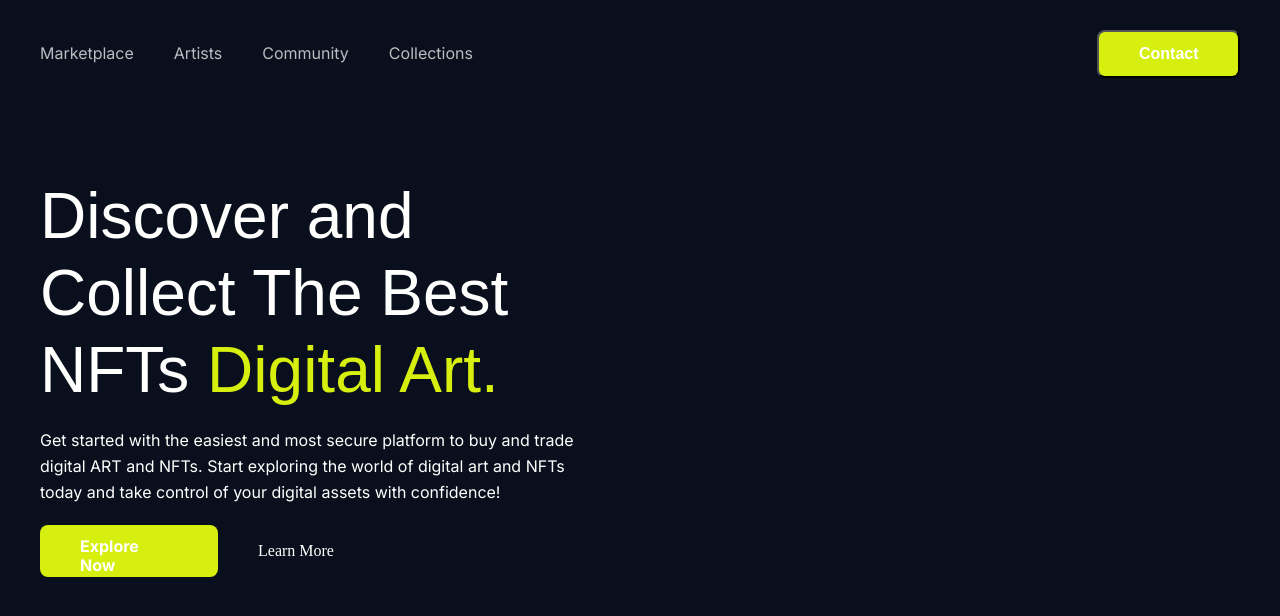
Repository: Kamron5505/NftMarketplace
Page: index.html
The author's editor kept a copy of each file at every save. The page is drawn from the files as they stood at one save, then again after the next save.
The browser window is 1280 px wide. The pictures show the whole page.
Some web fonts or font styles are not loaded; a fallback is used.

Above is the page before, as saved 2025-07-08 13:07:53.

### index.html
<!DOCTYPE html>
<html lang="en">

<head>
    <meta charset="UTF-8">
    <meta name="viewport" content="width=device-width, initial-scale=1.0">
    <title>NFTMarketplace Landing</title>
    <link rel="stylesheet" href="./style.css">
    <link
        href="https://fonts.googleapis.com/css2?family=Inter:wght@400;600;700&family=Source+Sans+Pro:wght@400;600;700&display=swap"
        rel="stylesheet">
</head>

<body>
    <header class="header">
        <div class="container">
            <nav class="nav">
                <ul class="nav-list">
                    <li class="nav-item"><a href="#" class="nav-link">Marketplace</a></li>
                    <li class="nav-item"><a href="#" class="nav-link">Artists</a></li>
                    <li class="nav-item"><a href="#" class="nav-link">Community</a></li>
                    <li class="nav-item"><a href="#" class="nav-link">Collections</a></li>
                </ul>
                <button class="header-contact-btn">Contact</button>
            </nav>
        </div>
    </header>
    <main class="main">
        <section class="nft-section">
            <div class="container">
                <div class="nft-wrapper">
                    <div class="content-left">
                        <h1 class="title">
                            Discover and <br>
                            Collect The Best <br>
                            NFTs <span class="highlight"> Digital Art.</span>
                        </h1>

                        <p class="description">
                            Get started with the easiest and most secure platform to buy and trade digital ART and NFTs.
                            Start exploring the world of digital art and NFTs today and take control of your digital
                            assets with confidence!
                        </p>

                        <div class="buttons">
                            <a href="#" class="btn btn-primary">Explore Now</a>
                            <a href="#" class="btn btn-secondary">Learn More</a>
                        </div>

                        <!-- <div class="stats">
                            <div class="stat">
                                <div class="number">8.9K</div>
                                <div class="label">Art work</div>
                            </div>
                            <div class="stat">
                                <div class="number">65K</div>
                                <div class="label">Artist</div>
                            </div>
                            <div class="stat">
                                <div class="number">87K</div>
                                <div class="label">Collection</div>
                            </div>
                        </div>
                    </div> -->
                    <!-- <div class="content-right">
                        <div class="card">
                            <img src="nft-image.jpg" alt="NFT Image" class="card-image">
                            <div class="card-info">
                                <div class="card-timer">
                                    <span>Ends in</span>
                                    <span class="time">05:45:47</span>
                                </div>
                                <div class="card-bid">
                                    <span>Current bid</span>
                                    <span class="eth">0.24 ETH</span>
                                </div>
                                <a href="#" class="btn btn-bid">Place A Bid</a>
                            </div>
                        </div>
                    </div> -->
                </div>
            </div>
        </section>
    </main>
</body>

</html>

### style.css
@font-face {
    font-family: 'Canela';
    src: url('../fonts/Canela-Bold.woff2') format('woff2');
    font-weight: bold;
    font-style: normal;
}

* {
    margin: 0;
    padding: 0;
    text-decoration: none;
    list-style: none;
    box-sizing: border-box;
}

body {
    background: #090f1d;
    color: #fffffd;
}

:root {
    --font-family: "Inter", sans-serif;
    ---family: "Source Sans Pro", sans-serif;
    --font-family: "Canela", sans-serif;
}

h1,
h2,
h3,
h4,
h5,
h6 {
    font-family: "Canela", sans-serif;
    font-weight: bold;
    font-weight: 500;
    font-size: 64px;
    line-height: 120%;
    color: #fffffd;
}

:root {
    --font-family: "Inter", sans-serif;
    --second-family: "Source Sans Pro", sans-serif;
    --third-family: "Canela", sans-serif;
}

.highlight {
    color: #d6ef0e;
}

.header {
    margin-top: 30px;
    font-family: "Inter", sans-serif;
}

.container {
    width: 1200px;
    margin: 0 auto;
}

.nav {
    display: flex;
    align-items: center;
    justify-content: space-between;
}

.nav-list {
    display: flex;
    gap: 40px;
}


.nav-link {
    font-weight: 400;
    font-size: 16px;
    line-height: 160%;
    color: rgba(255, 255, 253, 0.72);
}

.nav-link:hover {
    border-bottom: 1px solid #d6ef0e;
    width: 94px;
    height: 26px;
    transition: all 0.3s ease;
}

.header-contact-btn {
    background: #d6ef0e;
    border-radius: 8px;
    padding: 12px 40px;
    width: 143px;
    height: 48px;
    font-weight: 700;
    font-size: 16px;
    line-height: 120%;
    color: #fff;
}



.nft-section {
    margin-top: 100px;
}


.nft-wrapper {}

.content-left {}

.title {}

.highlight {}

.description {
    font-family: "Inter", sans-serif;
    font-weight: 400;
    font-size: 16px;
    width: 544px;
    line-height: 160%;
    color: #fffffd;
    margin-top: 20px;
}

.buttons {
    display: flex;
    gap: 40px;
    align-items: center;
    margin-top: 20px;
}

.btn {

    color: #fff;
    /* display: flex; */
    /* align-items: center; */
    /* justify-content: center; */
}

.btn-primary {
    font-family: "Inter", sans-serif;
    font-weight: 700;
    font-size: 16px;
    line-height: 120%;
    border-radius: 8px;
    padding: 12px 40px;
    width: 178px;
    height: 52px;
    background: #d6ef0e;
}

.btn-secondary {}

After the next save:
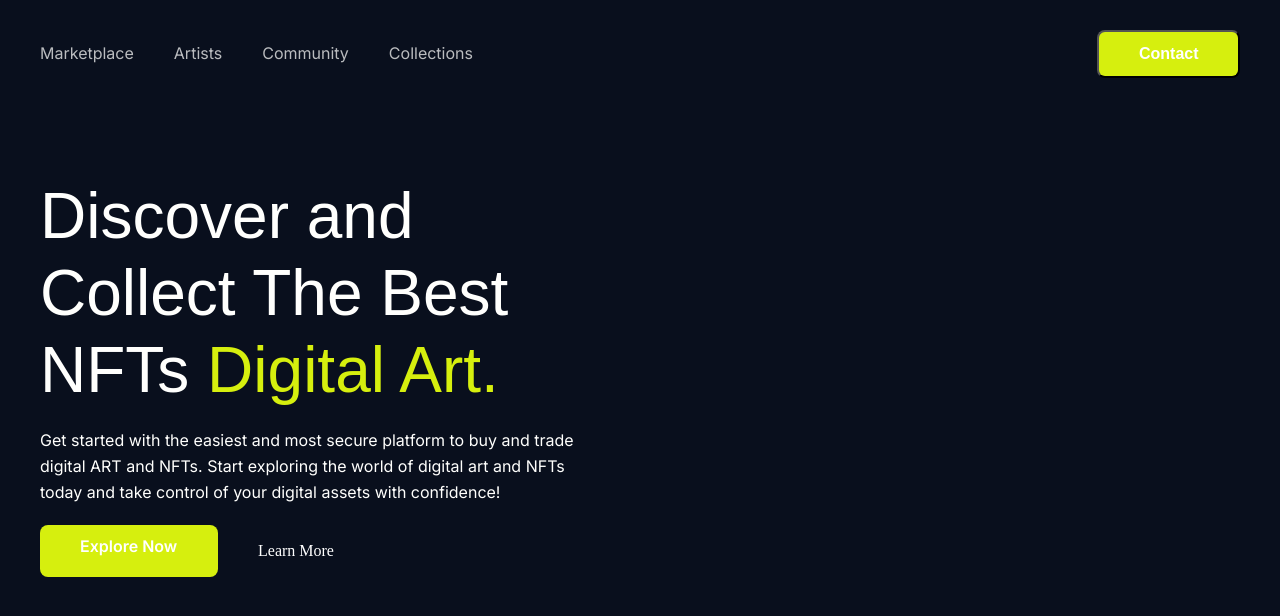
Saved 12 s later.
--- a/style.css
+++ b/style.css
@@ -138,7 +138,7 @@
 
 .btn-primary {
     font-family: "Inter", sans-serif;
-    font-weight: 700;
+    font-weight: 600;
     font-size: 16px;
     line-height: 120%;
     border-radius: 8px;
